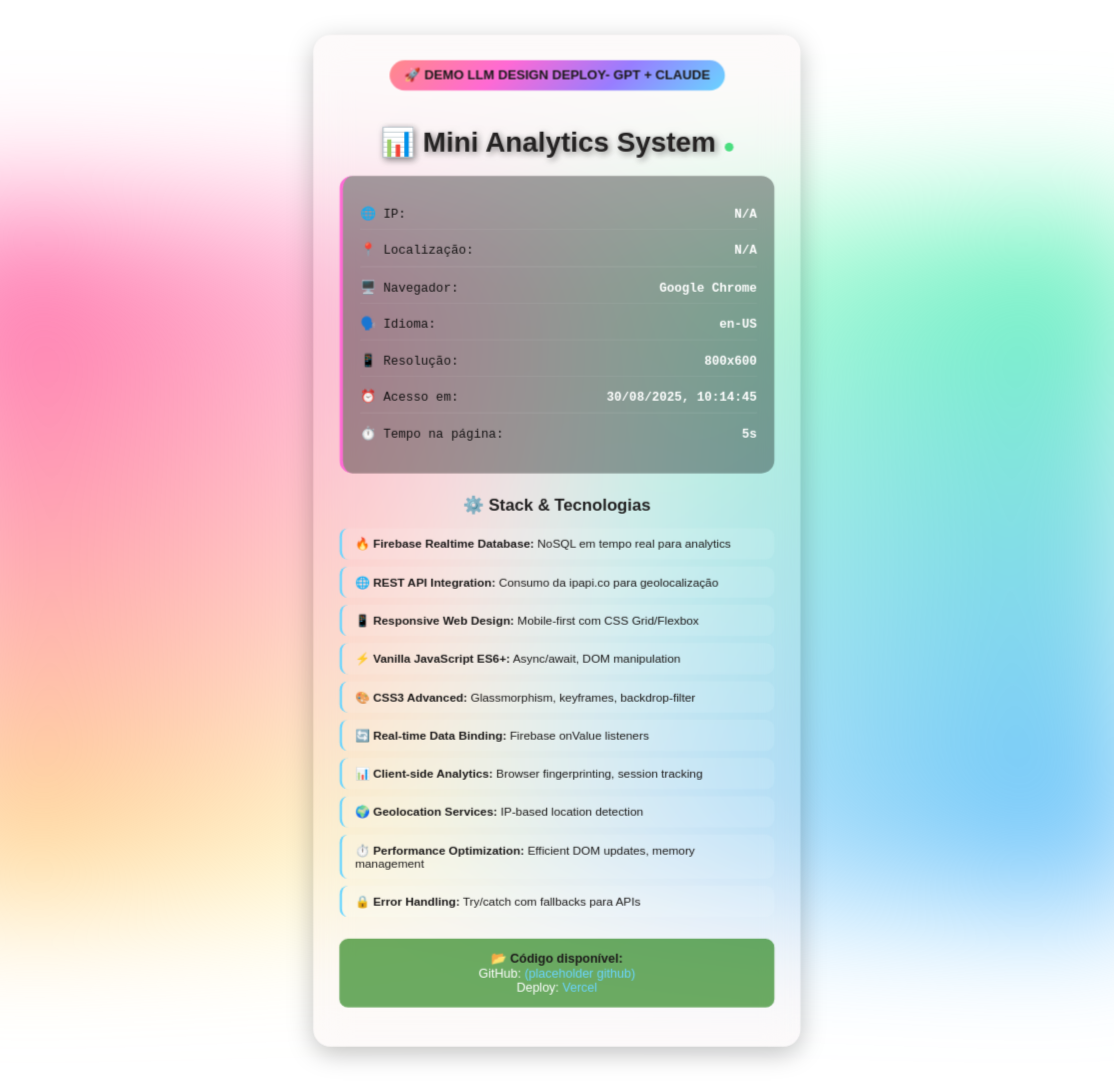
Repository: nardogod/mini-analytics
Page: mini.html
These files come from the project's save history. The page is drawn as it stood at one moment and after the next save; the edit follows.
The browser window is 1280 px wide. The pictures show the whole page, at 87% of full size.
The page's requests for data from a server got no answer.

Above is the page before, as saved 2025-08-30 11:15:40.

After the next save:
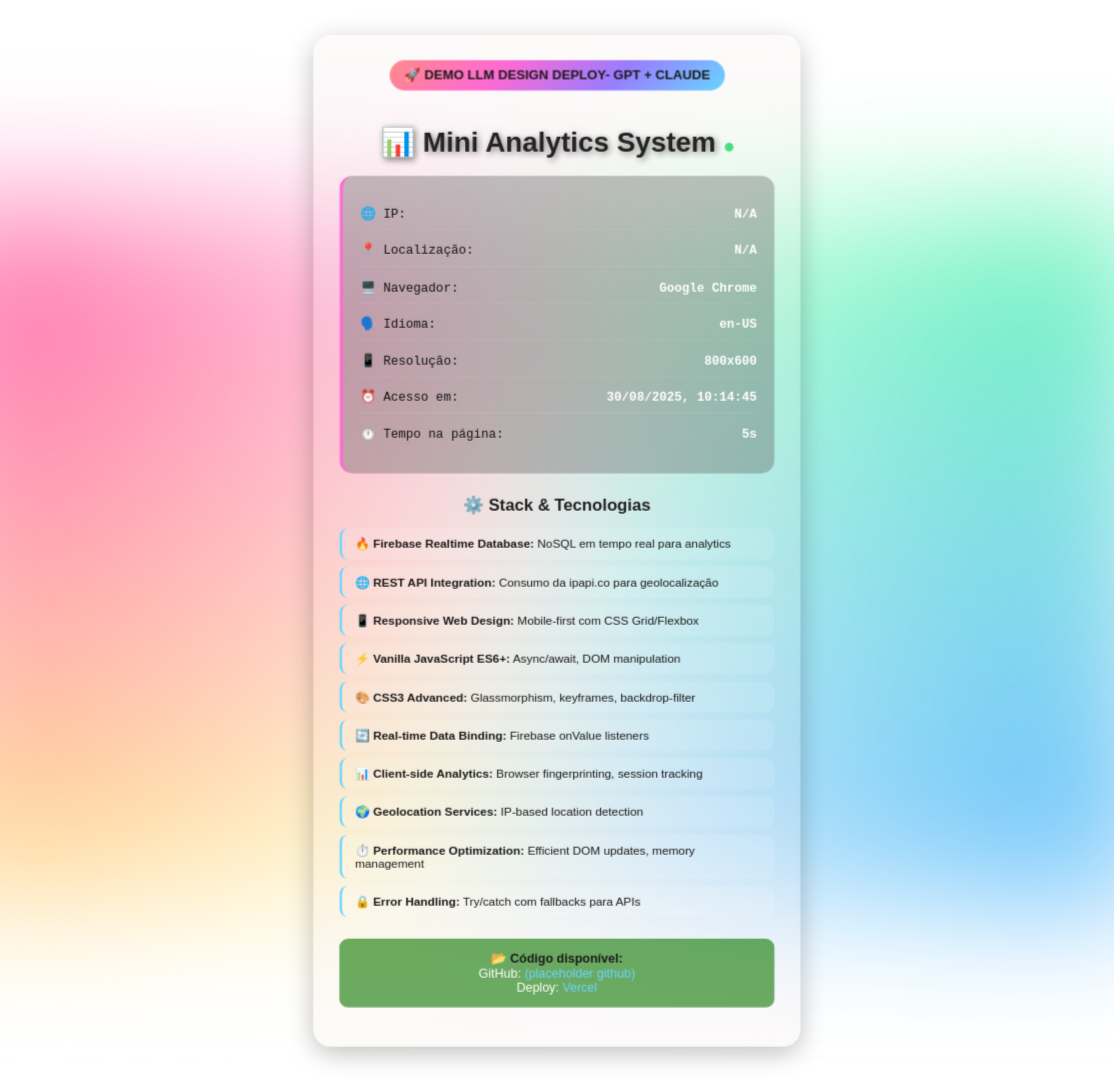
Saved 2 min 43 s later.
--- a/mini.html
+++ b/mini.html
@@ -130,7 +130,7 @@
       }
 
       .analytics-display {
-        background: rgba(0, 0, 0, 0.35);
+        background: rgba(88, 84, 84, 0.35);
         border-radius: 15px;
         padding: 20px;
         margin: 20px 0;
